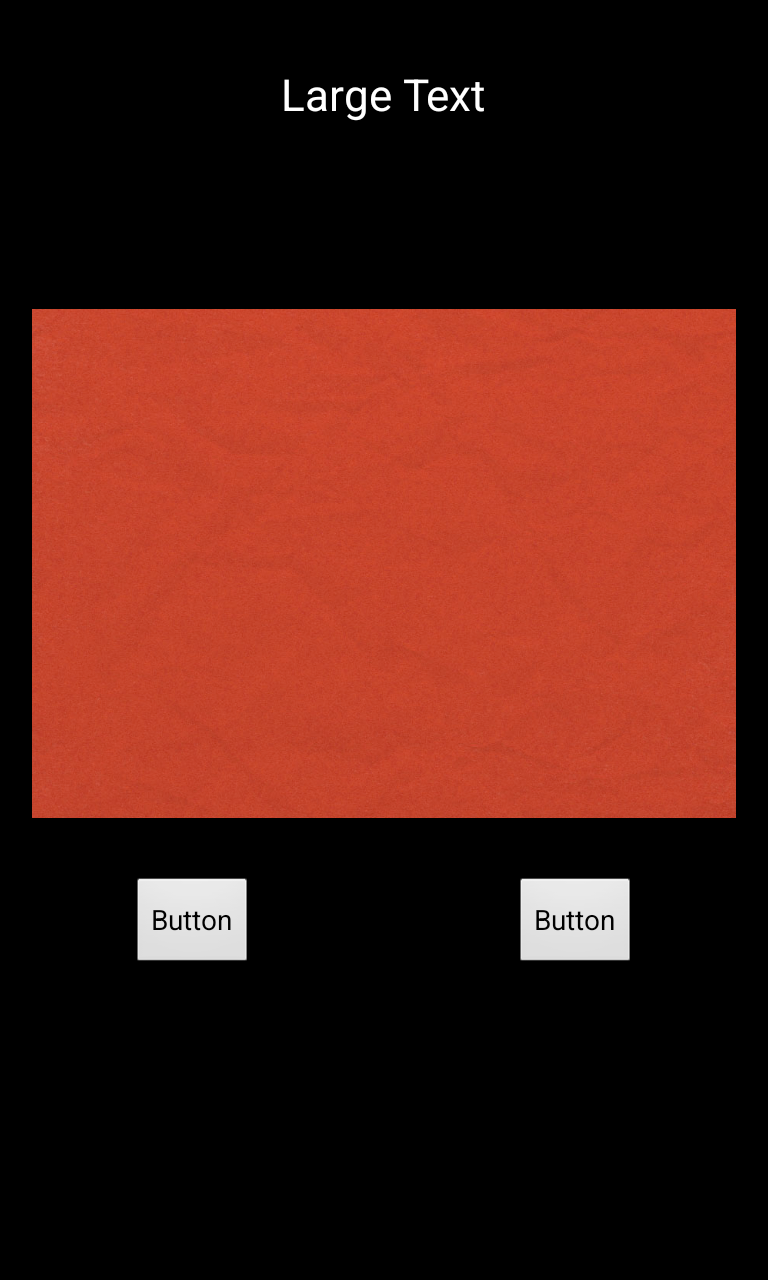
Repository: imhossu/FeedJulia
Layout: FeedJulia/res/layout/activity_place.xml
An editor plug-in stored every save of this project. The layout is shown before and after the next save, followed by the edit.
It is drawn on a 768 x 1280 px phone screen (xhdpi) without system bars, with theme android:Theme.NoTitleBar; the app's code is not run.

Above is the layout before, as saved 2014-01-26 03:51:42.

After the next save:
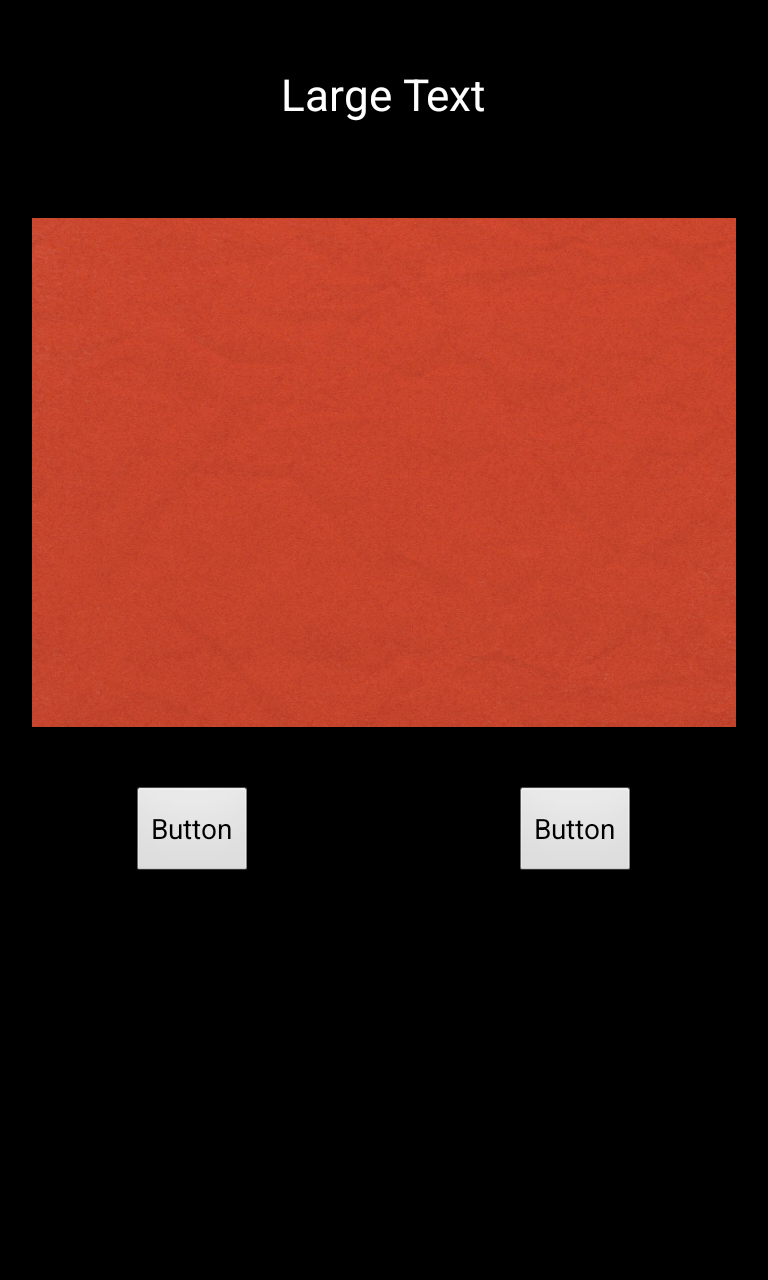
Saved 14 s later.
--- a/FeedJulia/res/layout/activity_place.xml
+++ b/FeedJulia/res/layout/activity_place.xml
@@ -9,7 +9,7 @@
     tools:context=".Place" >
 
     <TextView
-        android:id="@+id/textView1"
+        android:id="@+id/title"
         android:layout_width="wrap_content"
         android:layout_height="wrap_content"
         android:layout_alignParentTop="true"
